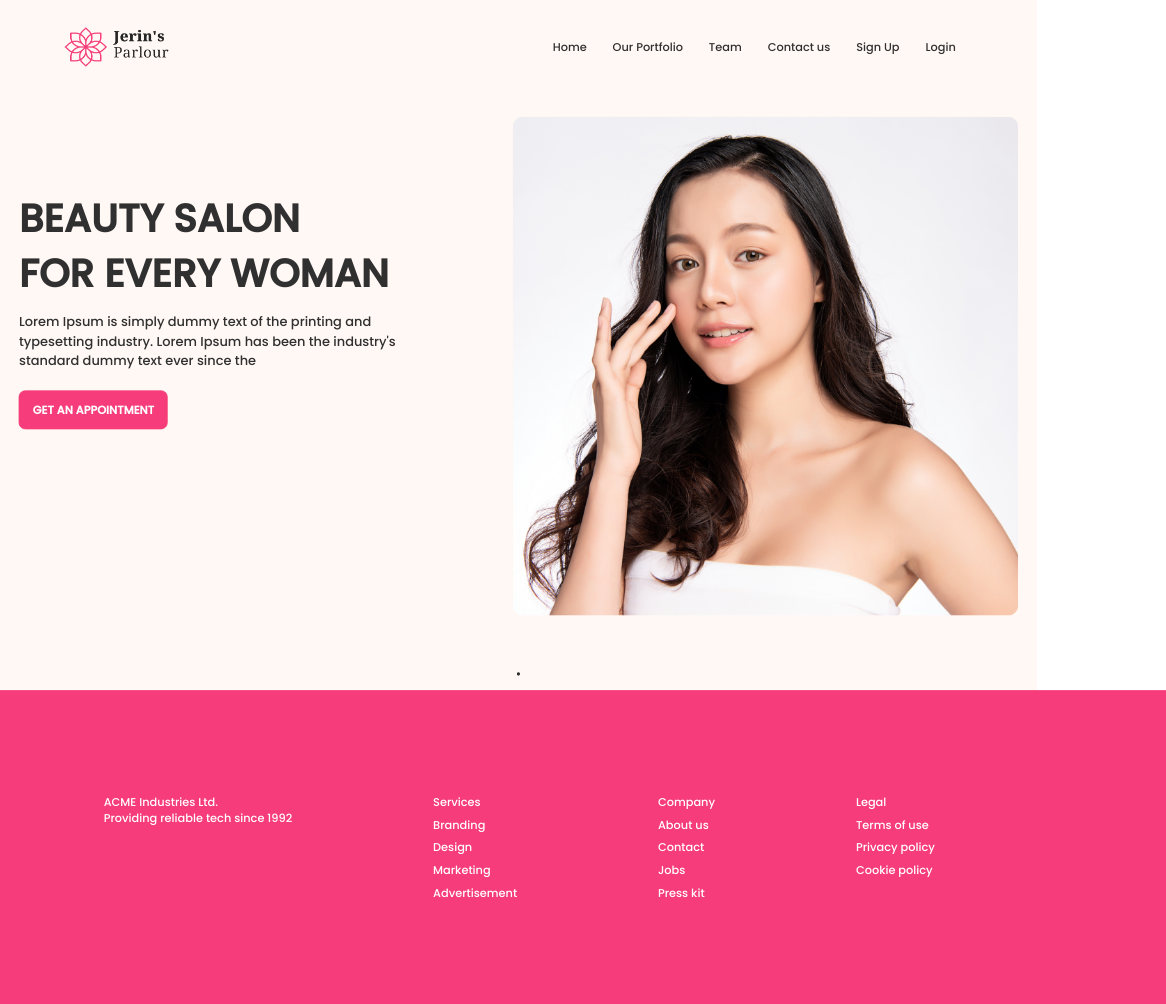
Repository: Wahid137/jerins-parlour-client
Page: /
These files come from the project's save history. The page is drawn as it stood at one moment and after the next save; the edit follows.
The browser window is 1280 px wide. The page is 1440 px wide, then 1280 px, so the pictures cover 1440 px, including what lies to the right of the window. The pictures show the whole page, at 81% of full size.
The page's requests for data from a server got no answer. The project was rebuilt for these pictures with package versions that can differ from the ones it lists, and the page was loaded fresh each time. No one was signed in, and anything a server would have sent is missing. Also part of the build but not shown: src/App.css, src/Pages/Home/Services/ServicesCard.js.

Above is the page before, as saved 2023-07-16 03:51:11.

### public/index.html
<!DOCTYPE html>
<html lang="en">
  <head>
    <meta charset="utf-8" />
    <link rel="icon" href="%PUBLIC_URL%/favicon.ico" />
    <meta name="viewport" content="width=device-width, initial-scale=1" />
    <meta name="theme-color" content="#000000" />
    <meta
      name="description"
      content="Web site created using create-react-app"
    />
    <link rel="preconnect" href="https://fonts.googleapis.com">
    <link rel="preconnect" href="https://fonts.gstatic.com" crossorigin>
    <link href="https://fonts.googleapis.com/css2?family=Poppins:wght@500&display=swap" rel="stylesheet">
    <link rel="apple-touch-icon" href="%PUBLIC_URL%/logo192.png" />
    <!--
      manifest.json provides metadata used when your web app is installed on a
      user's mobile device or desktop. See https://developers.google.com/web/fundamentals/web-app-manifest/
    -->
    <link rel="manifest" href="%PUBLIC_URL%/manifest.json" />
    <!--
      Notice the use of %PUBLIC_URL% in the tags above.
      It will be replaced with the URL of the `public` folder during the build.
      Only files inside the `public` folder can be referenced from the HTML.

      Unlike "/favicon.ico" or "favicon.ico", "%PUBLIC_URL%/favicon.ico" will
      work correctly both with client-side routing and a non-root public URL.
      Learn how to configure a non-root public URL by running `npm run build`.
    -->
    <title>React App</title>
  </head>
  <body>
    <noscript>You need to enable JavaScript to run this app.</noscript>
    <div id="root"></div>
    <!--
      This HTML file is a template.
      If you open it directly in the browser, you will see an empty page.

      You can add webfonts, meta tags, or analytics to this file.
      The build step will place the bundled scripts into the <body> tag.

      To begin the development, run `npm start` or `yarn start`.
      To create a production bundle, use `npm run build` or `yarn build`.
    -->
  </body>
</html>

### src/index.js
import React from 'react';
import ReactDOM from 'react-dom/client';
import './index.css';
import App from './App';
import reportWebVitals from './reportWebVitals';
import { QueryClient, QueryClientProvider } from '@tanstack/react-query'


// Create a client
const queryClient = new QueryClient()

const root = ReactDOM.createRoot(document.getElementById('root'));
root.render(
  <React.StrictMode>
    <QueryClientProvider client={queryClient}>
      <App />
    </QueryClientProvider>
  </React.StrictMode>
);

// If you want to start measuring performance in your app, pass a function
// to log results (for example: reportWebVitals(console.log))
// or send to an analytics endpoint. Learn more: https://bit.ly/CRA-vitals
reportWebVitals();

### src/index.css
@tailwind base;
@tailwind components;
@tailwind utilities;

body {
  background-color: #FFF8F5;
  margin: 0;
  font-family: -apple-system, BlinkMacSystemFont, 'Segoe UI', 'Roboto', 'Oxygen',
    'Ubuntu', 'Cantarell', 'Fira Sans', 'Droid Sans', 'Helvetica Neue',
    sans-serif;
    font-family: 'Poppins', sans-serif;
  -webkit-font-smoothing: antialiased;
  -moz-osx-font-smoothing: grayscale;
}

code {
  font-family: source-code-pro, Menlo, Monaco, Consolas, 'Courier New',
    monospace;
}

### src/App.js
import logo from './logo.svg';
import './App.css';
import { RouterProvider } from 'react-router-dom';
import router from './Routes/Routes/Routes';
import { Toaster } from 'react-hot-toast';

function App() {
  return (
    <div className="max-w-[1440px] mx-auto">
      <RouterProvider router={router}></RouterProvider>
      <Toaster></Toaster>
    </div>
  );
}

export default App;

### src/Routes/Routes/Routes.js
const { createBrowserRouter } = require("react-router-dom");
const { default: Main } = require("../../Layout/Main");
const { default: Home } = require("../../Pages/Home/Home/Home");

const router = createBrowserRouter([
    {
        path: '/',
        element: <Main></Main>,
        children: [
            {
                path: '/',
                element: <Home></Home>
            }
        ]
    }
])
export default router;

### src/Layout/Main.js
import React from 'react';
import Navbar from '../Shared/Navbar/Navbar';
import { Outlet } from 'react-router-dom';
import Footer from '../Shared/Footer/Footer';

const Main = () => {
    return (
        <div>
            <Navbar></Navbar>
            <Outlet></Outlet>
            <Footer></Footer>
        </div>
    );
};

export default Main;

### src/Shared/Navbar/Navbar.js
import React from 'react';
import logo from '../../assets/logo.png';
import { Link } from 'react-router-dom';

const Navbar = () => {
    const menuItem = <>
        <li><Link to="/">Home</Link></li>
        <li><Link to="/portfolio">Our Portfolio</Link></li>
        <li><Link to="/team">Team</Link></li>
        <li><Link to="/dashboard">Contact us</Link></li>
        <li><Link to="/signup">Sign Up</Link></li>
        <li><Link to="/login">Login</Link></li>

    </>
    return (
        <div className="navbar flex justify-between px-20 pt-8">
            <div className="navbar-start">
                <div className="dropdown">
                    <label tabIndex={0} className="btn btn-ghost lg:hidden">
                        <svg xmlns="http://www.w3.org/2000/svg" className="h-5 w-5" fill="none" viewBox="0 0 24 24" stroke="currentColor"><path strokeLinecap="round" strokeLinejoin="round" strokeWidth="2" d="M4 6h16M4 12h8m-8 6h16" /></svg>
                    </label>
                    <ul tabIndex={1} className="menu menu-sm dropdown-content mt-3 z-[1] p-2 shadow bg-base-100 rounded-box w-52">
                        {menuItem}
                    </ul>
                </div>
                <Link to="/" className="w-32">
                    <img src={logo} alt="" />
                </Link>
            </div>
            <div className="navbar-center hidden lg:flex">
                <ul className="menu menu-horizontal px-1">
                    {menuItem}
                </ul>
            </div>
            <label htmlFor="dashboard-drawer" tabIndex={2} className="btn btn-ghost lg:hidden">
                <svg xmlns="http://www.w3.org/2000/svg" className="h-5 w-5" fill="none" viewBox="0 0 24 24" stroke="currentColor"><path strokeLinecap="round" strokeLinejoin="round" strokeWidth="2" d="M4 6h16M4 12h8m-8 6h16" /></svg>
            </label>

        </div>
    );
};

export default Navbar;

### src/Shared/Footer/Footer.js
import React from 'react';


const Footer = () => {
    return (
        <footer className="footer p-32 bg-primary text-white w-[1440px]">
            <div>
                <p>ACME Industries Ltd.<br />Providing reliable tech since 1992</p>
            </div>
            <div>
                <span className=" text-white">Services</span>
                <a href="/" className="link link-hover">Branding</a>
                <a href="/" className="link link-hover">Design</a>
                <a href="/" className="link link-hover">Marketing</a>
                <a href="/" className="link link-hover">Advertisement</a>
            </div>
            <div>
                <span className="">Company</span>
                <a href="/" className="link link-hover">About us</a>
                <a href="/" className="link link-hover">Contact</a>
                <a href="/" className="link link-hover">Jobs</a>
                <a href="/" className="link link-hover">Press kit</a>
            </div>
            <div>
                <span className="">Legal</span>
                <a href="/" className="link link-hover">Terms of use</a>
                <a href="/" className="link link-hover">Privacy policy</a>
                <a href="/" className="link link-hover">Cookie policy</a>
            </div>
        </footer>
    );
};

export default Footer;

### src/Pages/Home/Banner/Banner.js
import React from 'react';
import woman from '../../../assets/images/woman.png';
import PrimaryButton from '../../../Components/PrimaryButton/PrimaryButton';

const Banner = () => {
    return (
        <div className="hero" >
            <div className="hero-content flex-col lg:flex-row-reverse min-h-screen">

                <img src={woman} className="rounded-lg lg:w-1/2" alt="" />

                <div className='lg:me-32 lg:-mt-32'>
                    <h1 className="text-5xl font-bold mt-0 mb-5">BEAUTY SALON</h1>
                    <h1 className="text-5xl font-bold">FOR EVERY WOMAN</h1>
                    <p className="py-6">Lorem Ipsum is simply dummy text of the printing and <br /> typesetting industry. Lorem Ipsum has been the industry's <br /> standard dummy text ever since the</p>
                    <PrimaryButton>Get an Appointment</PrimaryButton>
                </div>
            </div>
        </div>
    );
};

export default Banner;

### src/Pages/Home/Services/Services.js
import { useQuery } from '@tanstack/react-query';
import React from 'react';
import Loading from '../../../Shared/Loading/Loading';


import ServicesCard from './ServicesCard';
import PrimaryButton from '../../../Components/PrimaryButton/PrimaryButton';



const Services = () => {
    const { data: services = [], isLoading } = useQuery({
        queryKey: ['services'],
        queryFn: () => fetch('http://localhost:5000/services')
            .then(res => res.json())
    })


    if (isLoading) {
        return <Loading></Loading>;
    }

    return (
        <div className='p-0 my-5'>
            <div className='mx-auto mb-4 py-10 text-center w-1/2'>
                <p className='text-2xl font-bold'>Our Awesome <span className='text-primary'>Services</span></p>
            </div>
            <div className='grid gap-1 grid-cols-1 md:grid-cols-2 lg:grid-cols-3'>
                {
                    services.map(service => <ServicesCard
                        key={service._id}
                        service={service}
                    ></ServicesCard>)
                }
            </div>
            <div className='text-center mt-10'>
                <PrimaryButton >Explore More</PrimaryButton>
            </div>

        </div >
    );
};

export default Services;

### src/Components/PrimaryButton/PrimaryButton.js
import React from 'react';

const PrimaryButton = ({ children }) => {
    return (
        <button className="btn btn-primary text-white">{children}</button>
    );
};

export default PrimaryButton;

### src/Shared/Loading/Loading.js
import React from 'react';

const Loading = () => {
    return (
        <div className="flex items-center justify-center">
            <span className="loading loading-ring loading-lg"></span>
        </div>
    );
};

export default Loading;

### tailwind.config.js
/** @type {import('tailwindcss').Config} */
module.exports = {
  content: [
    "./src/**/*.{js,jsx,ts,tsx}",
  ],
  daisyui: {
    themes: [
      {
        parlourTheme: {
          primary: '#F63E7B',
          secondary: '#FFF8F5',
          accent: '##F4F7FC',
          neutral: '#3D4451',
          "base-100": '#FFFFFF',
        }
      }
    ]
  },
  theme: {
    extend: {},
  },
  plugins: [require("daisyui")],
}

Loaded but not shown: src/reportWebVitals.js (common file); src/Pages/Home/Home/Home.js (common file)

After the next save:
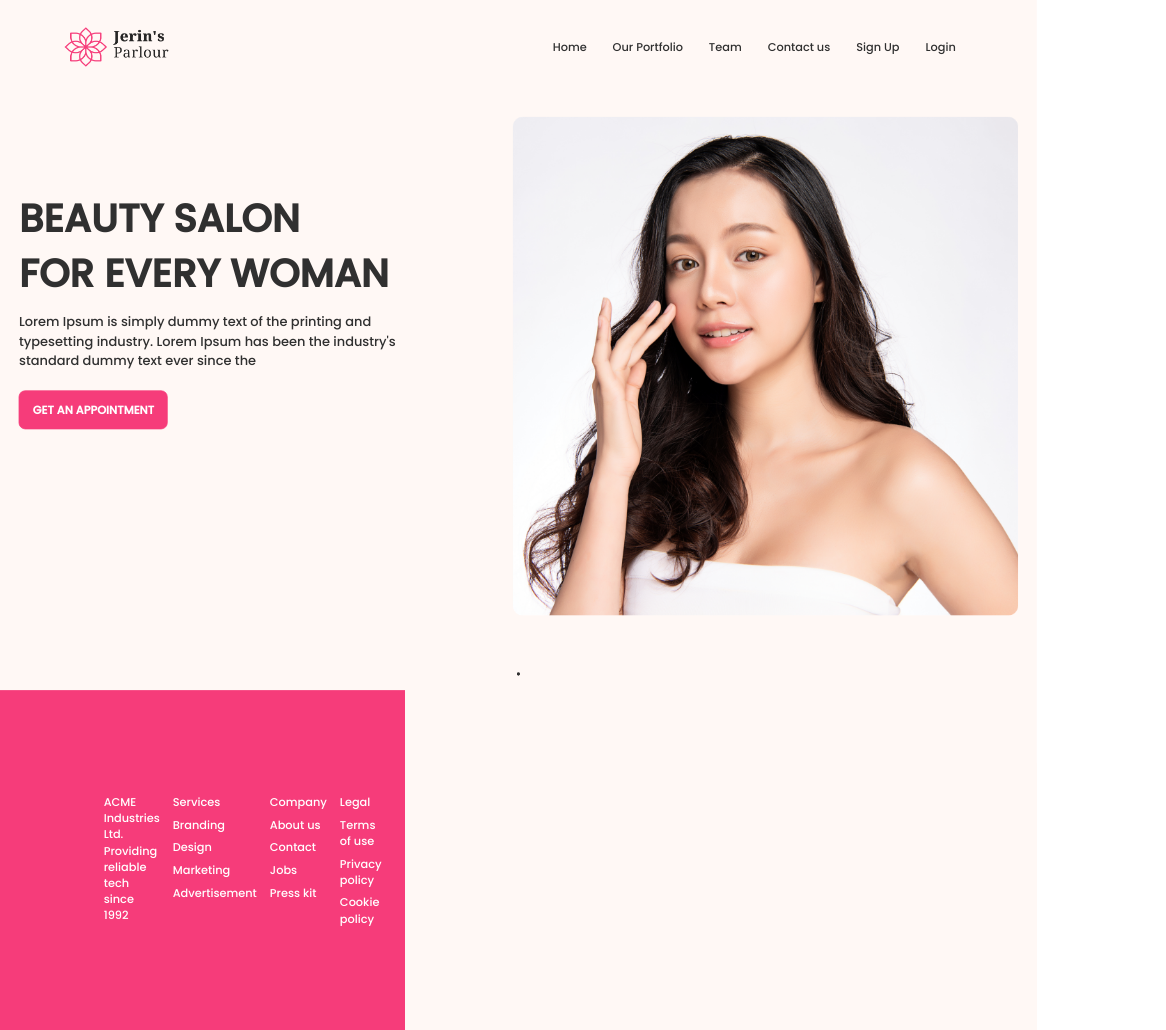
Saved 20 s later.
--- a/src/Shared/Footer/Footer.js
+++ b/src/Shared/Footer/Footer.js
@@ -3,7 +3,7 @@ import React from 'react';
 
 const Footer = () => {
     return (
-        <footer className="footer p-32 bg-primary text-white w-[1440px]">
+        <footer className="footer p-32 bg-primary text-white w-[500px]">
             <div>
                 <p>ACME Industries Ltd.<br />Providing reliable tech since 1992</p>
             </div>
